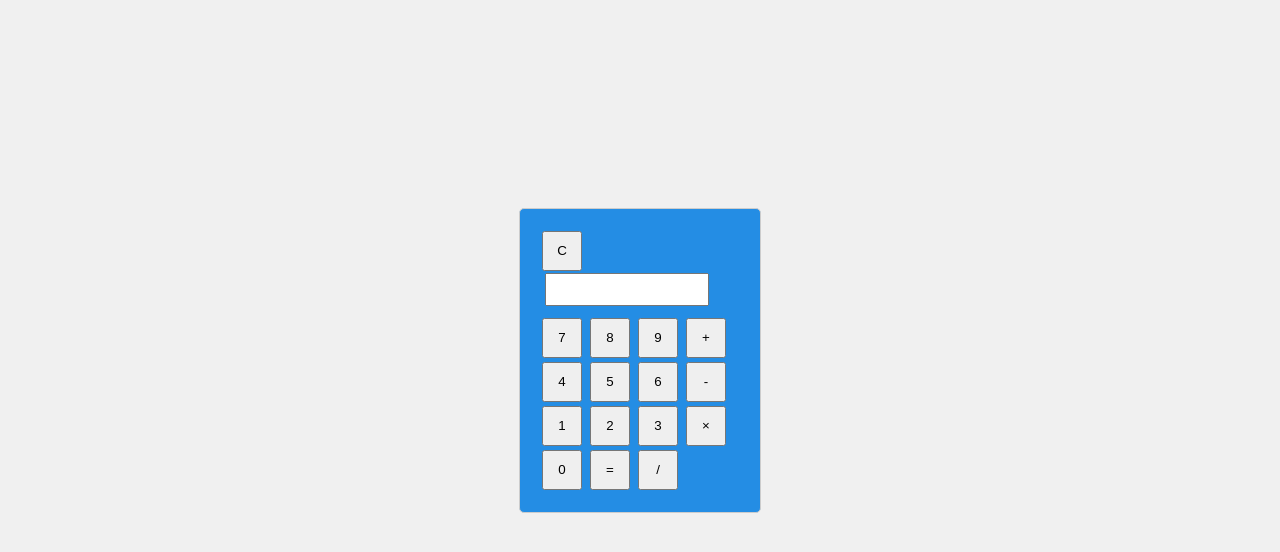
Repository: Burnmyheart/calculator
Page: index.html
These files come from the project's save history. The page is drawn as it stood at one moment and after the next save; the edit follows.
The browser window is 1280 px wide. The pictures show the whole page.

Above is the page before, as saved 2025-04-28 22:34:16.

After the next save:
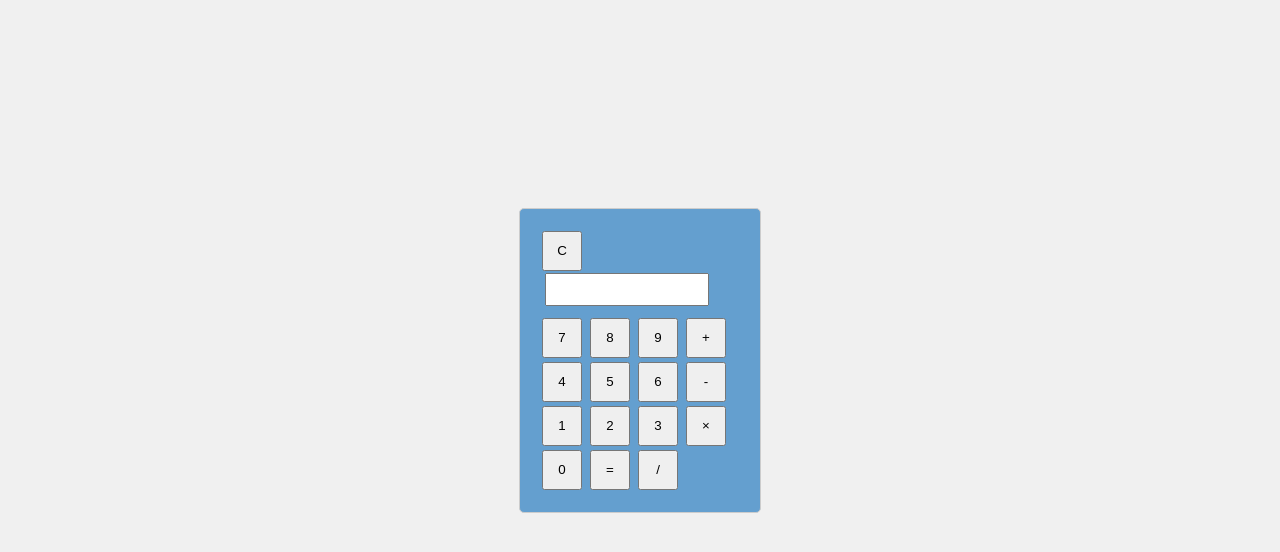
Saved 9 s later.
--- a/style.css
+++ b/style.css
@@ -9,7 +9,7 @@ body {
 }
 
 .calculator {
-  background-color: #248de4;
+  background-color: #649fcf;
   padding: 20px;
   border: 1px solid #ccc;
   border-radius: 5px;
